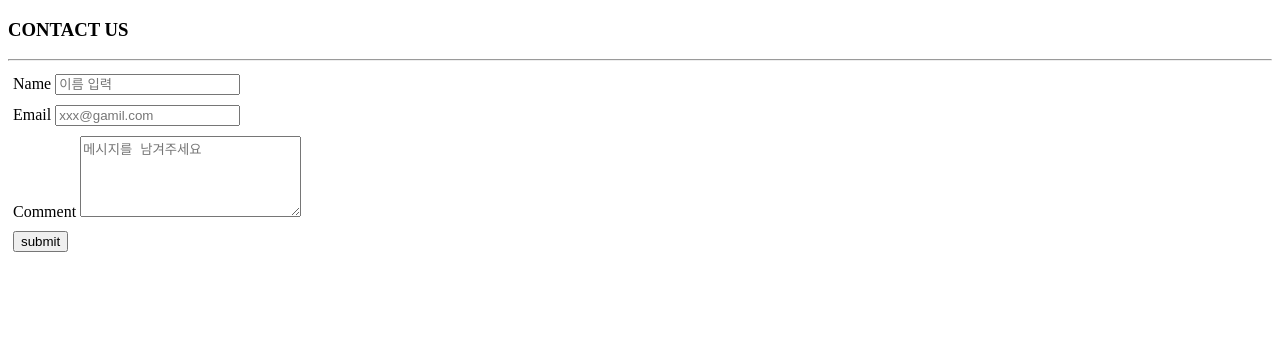
Repository: codelily98/Web
Page: CSS3/src/main/webapp/06_cssDecorate/exam03.html
An editor plug-in stored every save of this project. The page is shown before and after the next save, followed by the edit.
The browser window is 1280 px wide. The pictures show the whole page.

Above is the page before, as saved 2024-08-13 07:02:18.

### CSS3/src/main/webapp/06_cssDecorate/exam03.html
<!DOCTYPE html>
<html>
<head>
<meta charset="UTF-8">
<title>CONTACT US</title>
<style type="text/css">
div {
	padding: 5px;
}
</style>
</head>
<body>
	<h3>CONTACT US</h3>
	<hr/>
	<form>
		<div>
			<label>Name</label>
			<input type="text" placeholder="이름 입력">
		</div>
		<div>
			<label>Email</label>
			<input type="text" placeholder="xxx@gamil.com">
		</div>
		<div>
			<label>Comment</label>
			<textarea rows="5" cols="25" placeholder="메시지를 남겨주세요"></textarea>
		</div>
		<div>
			<label></label>
			<input type="submit" value="submit">
		</div>
	</form>
</body>
</html>

After the next save:
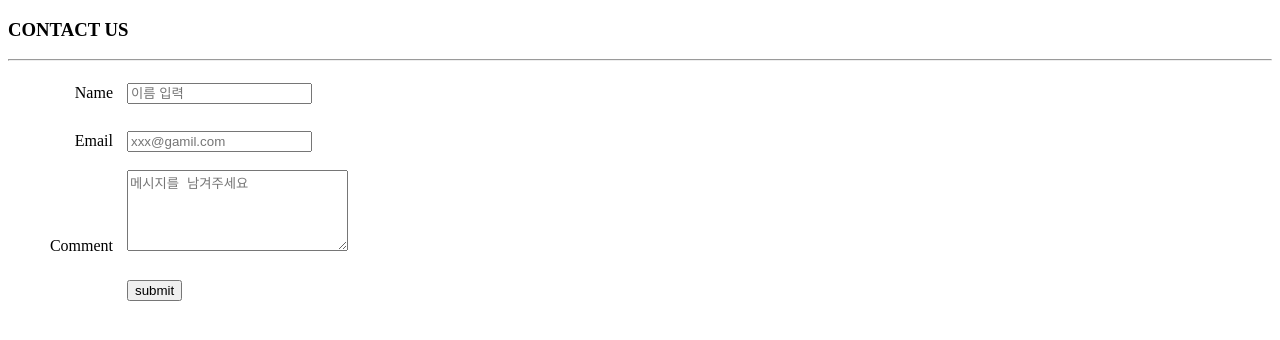
Saved 68 s later.
--- a/CSS3/src/main/webapp/06_cssDecorate/exam03.html
+++ b/CSS3/src/main/webapp/06_cssDecorate/exam03.html
@@ -6,6 +6,12 @@
 <style type="text/css">
 div {
 	padding: 5px;
+}
+label {
+	display: inline-block;
+	width: 90px;
+	text-align: right;
+	padding: 10px;
 }
 </style>
 </head>
